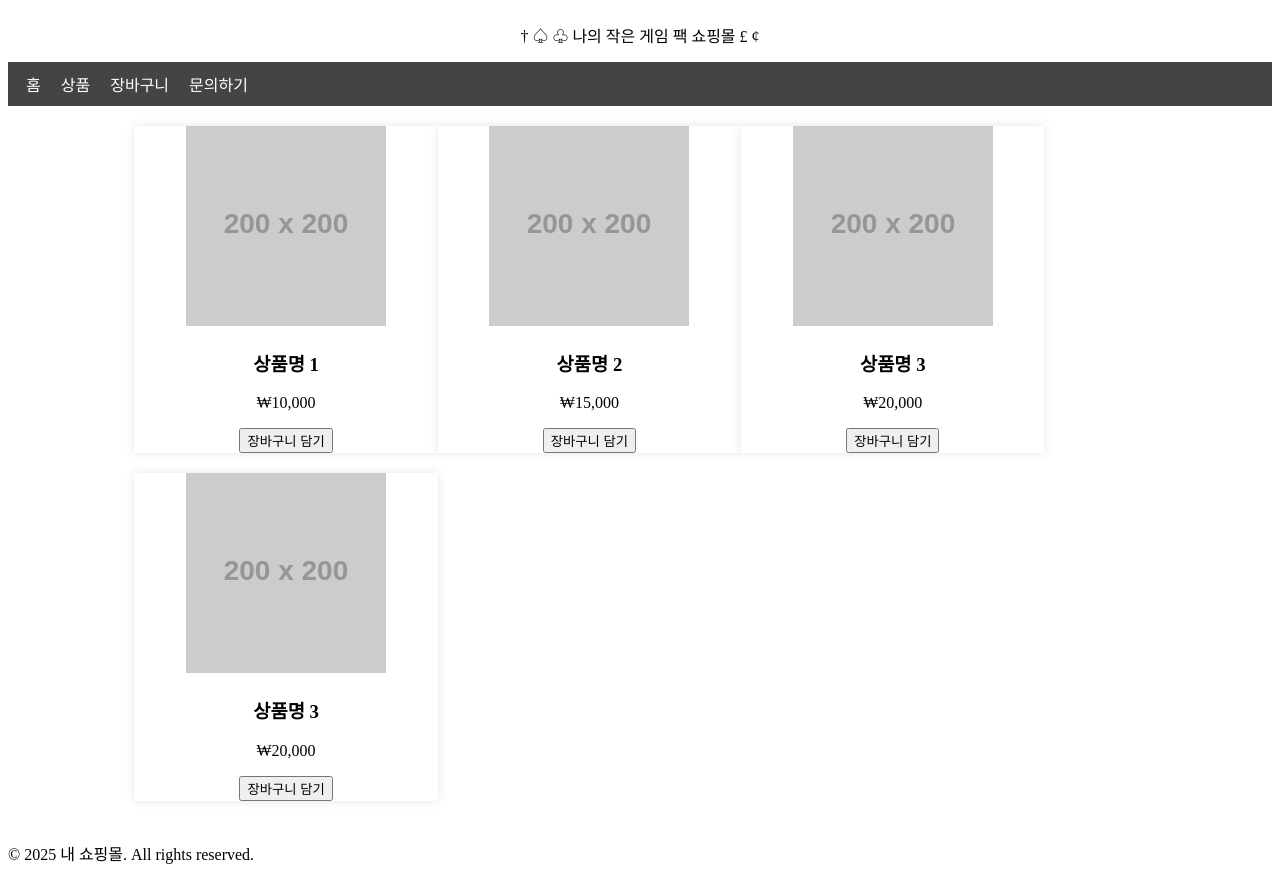
Repository: SeungYeon04/A_AssetsJSP
Page: http://localhost/JSP_Start01/
An editor plug-in stored every save of this project. The page is shown before and after the next save, followed by the edit.
The browser window is 1280 px wide. The pictures show the whole page.
Some web fonts or font styles are not loaded; a fallback is used. The page is served by Tomcat 9.

Above is the page before, as saved 2025-03-11 05:54:43.

### JSP_Start01/src/main/webapp/index.jsp
<%@ page language="java" contentType="text/html; charset=UTF-8"
    pageEncoding="UTF-8"%>
<!DOCTYPE html>
<html>
<head>
<meta charset="UTF-8">
<title>Insert title here</title>
</head>
<body>
	<header>† ♤ ♧  나의 작은 게임 팩 쇼핑몰 £ ¢</header>

    <nav>
        <a href="#">홈</a>
        <a href="#">상품</a>
        <a href="#">장바구니</a>
        <a href="#">문의하기</a>
    </nav>

    <div class="container">
        <div class="product">
            <img src="https://via.placeholder.com/200" alt="상품1">
            <h3>상품명 1</h3>
            <p>₩10,000</p>
            <button>장바구니 담기</button>
        </div>

        <div class="product">
            <img src="https://via.placeholder.com/200" alt="상품2">
            <h3>상품명 2</h3>
            <p>₩15,000</p>
            <button>장바구니 담기</button>
        </div>

        <div class="product">
            <img src="https://via.placeholder.com/200" alt="상품3">
            <h3>상품명 3</h3>
            <p>₩20,000</p>
            <button>장바구니 담기</button>
        </div>
        <div class="product">
            <img src="https://via.placeholder.com/200" alt="상품3">
            <h3>상품명 3</h3>
            <p>₩20,000</p>
            <button>장바구니 담기</button>
        </div>
    </div>

    <footer>© 2025 내 쇼핑몰. All rights reserved.</footer>
    <style>

    	body {
    		font-family: 'Ownglyph_ParkDaHyun';
    	}

    	header {
    		text-align: center;
    		padding: 15px 0;
    	}



	    @font-face {
		    font-family: 'Ownglyph_ParkDaHyun';
		    src: url('https://fastly.jsdelivr.net/gh/projectnoonnu/2411-3@1.0/Ownglyph_ParkDaHyun.woff2') format('woff2');
		    font-weight: normal;
		    font-style: normal;
		}

		nav {
			background-color: #444;
			padding: 10px;
			text-align: ceter;

			a {
				color: white;
            	text-decoration: none;
            	margin: 0 8px;
            	/*font-size: 18px;*/
			 }

			a:hover {
            	text-decoration: underline;
        	}
		}

		/* 메인콘텐츠 */
		.container {
			width: 80%;
			margin: 20px auto;
			display: flex;
			flex-wrap: wrap;
			jusify-content:	space-between;
		}

		.product {
			width: 30%;
			background: white;
			padding-width: 10px;
			box-shadow: 0 0 10px rgba(0, 0, 0, 0.1);
			margin-bottom: 20px;
			text-align: center;

		}

    </style>
</body>
</html>

After the next save:
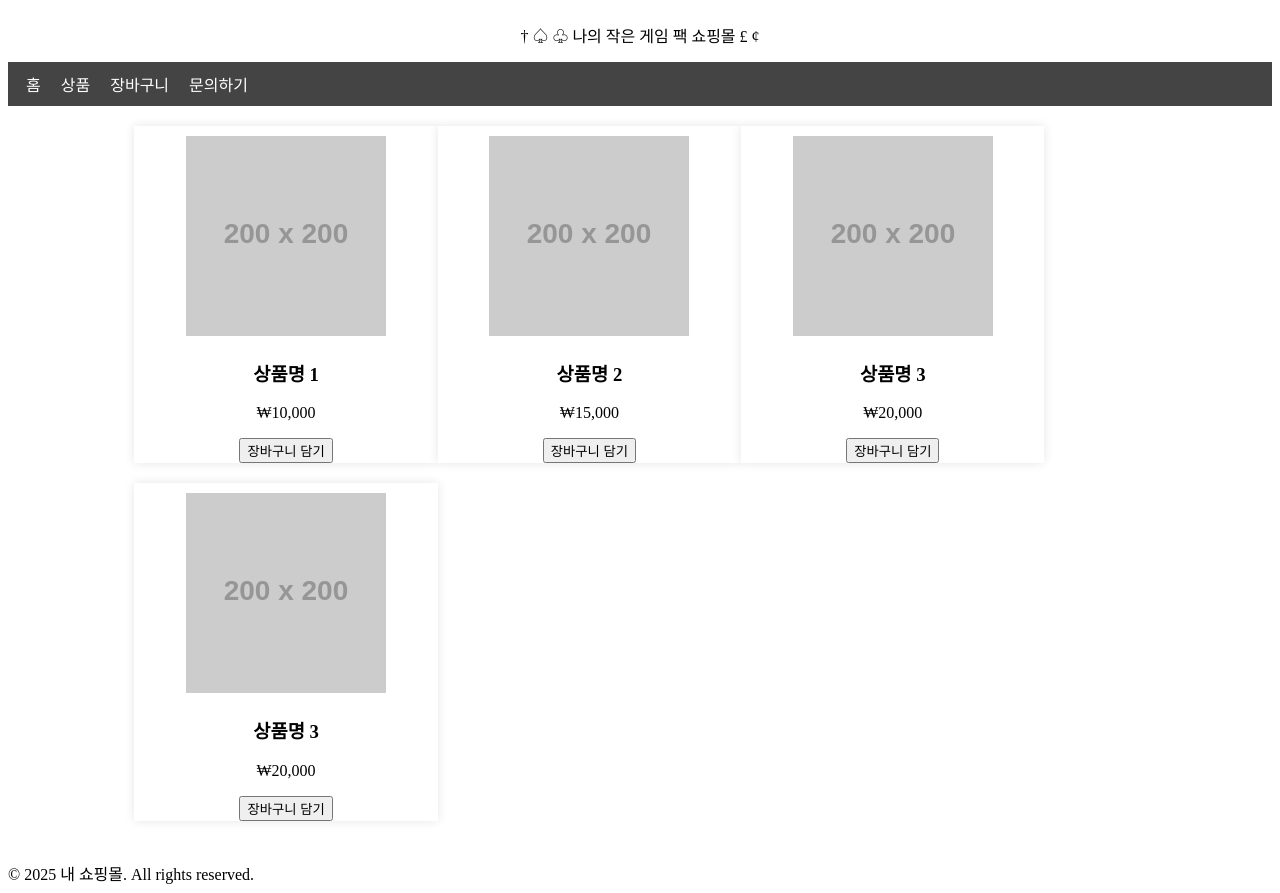
Saved 9 s later.
--- a/JSP_Start01/src/main/webapp/index.jsp
+++ b/JSP_Start01/src/main/webapp/index.jsp
@@ -95,7 +95,7 @@
 		.product {
 			width: 30%;
 			background: white;
-			padding-width: 10px;
+			padding-top: 10px;
 			box-shadow: 0 0 10px rgba(0, 0, 0, 0.1);
 			margin-bottom: 20px;
 			text-align: center;
